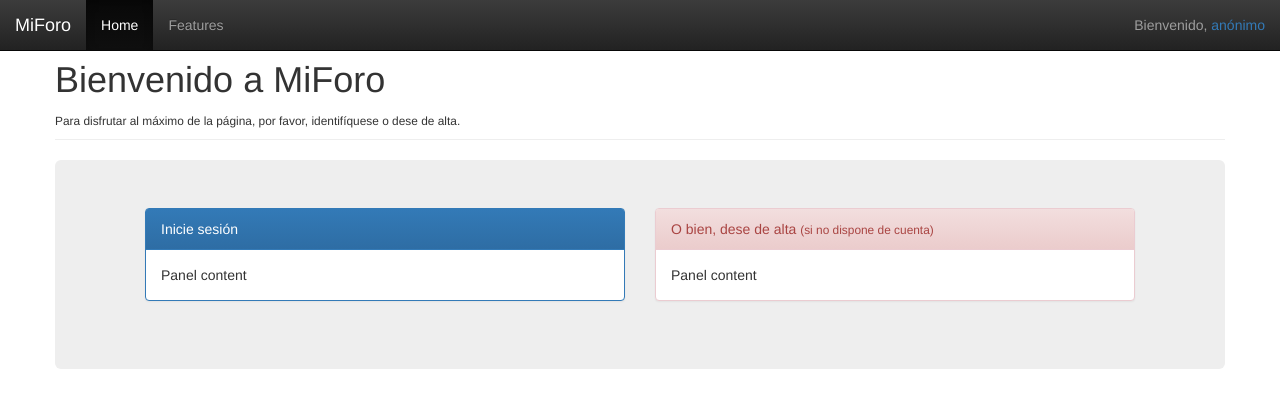
Repository: Myugen/EjercicioPHP
Page: http://localhost/
An editor plug-in stored every save of this project. The page is shown before and after the next save, followed by the edit.
The browser window is 1280 px wide. The pictures show the whole page.
Some web libraries are served in a nearby version. The page is run by PHP 8.4 with error messages shown; the project is at /var/www/html/.

Above is the page before, as saved 2015-11-27 19:29:13.
Not found: ProyectoFinalForo/jsfile

After the next save:
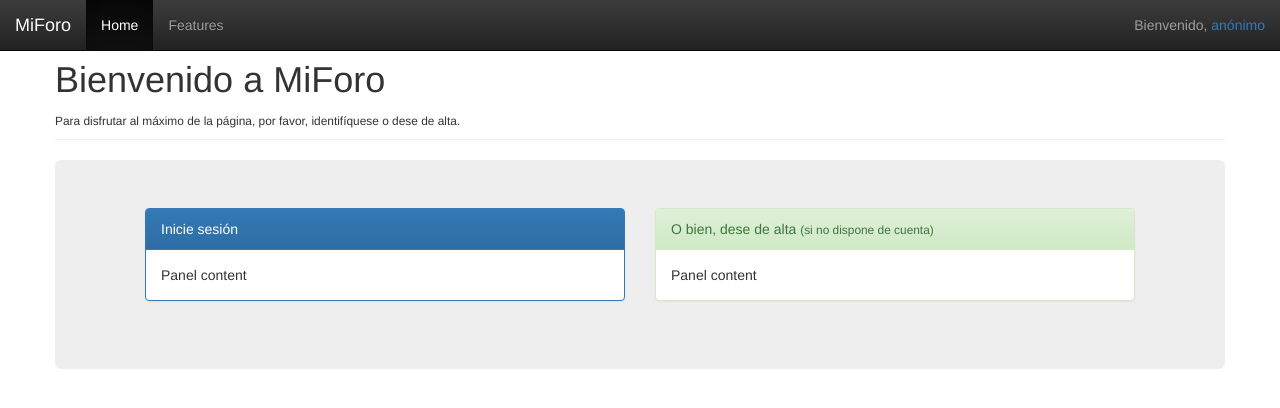
Saved 2 min 29 s later.
--- a/ProyectoFinalForo/index.php
+++ b/ProyectoFinalForo/index.php
@@ -57,7 +57,7 @@ session_start();
 				</div>
 	    	</div>
 	    	<div class="col-md-6">
-		    	<div class="panel panel-danger">
+		    	<div class="panel panel-success">
 	  				<div class="panel-heading">O bien, dese de alta <small>(si no dispone de cuenta)</small></div>
 	  				<div class="panel-body">
 	    				Panel content
